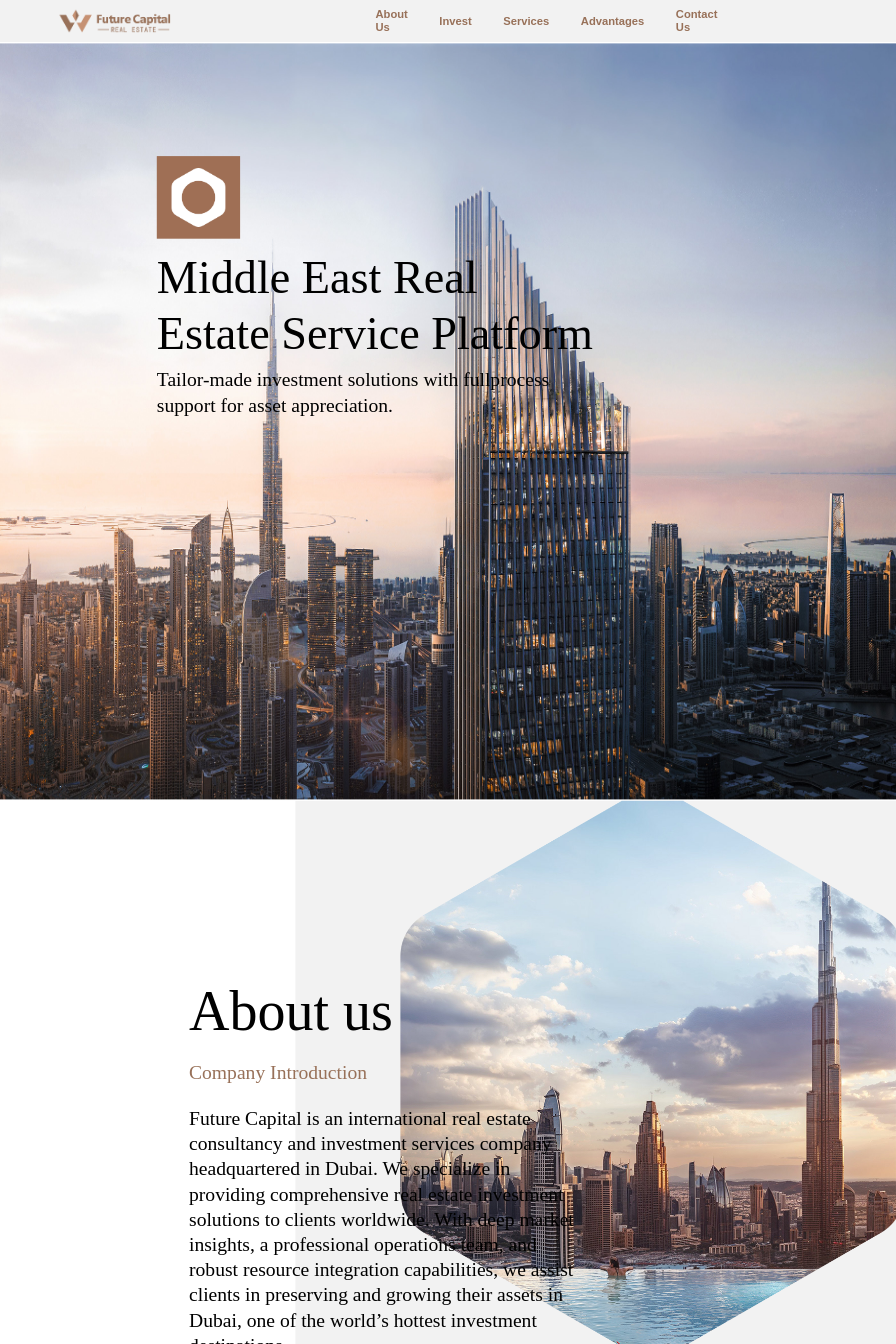
Repository: hcliu987/FutureCapital
Page: /
The author's editor kept a copy of each file at every save. The page is drawn from the files as they stood at one save, then again after the next save.
The browser window is 1280 px wide. The pictures show the part of the page from y = 0 to 1920 px (the page is 8610 px tall), at 70% of full size.
The project was rebuilt for these pictures with package versions that can differ from the ones it lists, and the page was loaded fresh each time. Also part of the build but not shown: vue.config.js.

Above is the page before, as saved 2025-01-18 13:58:54.

### src/App.vue
<template>
  <homePage />
</template>

<script setup>
import homePage from "./components/homePage.vue";
</script>

<style>
html,
body {
  margin: 0;
}
</style>

### src/components/homePage.vue
<template>
  <div class="homePage">
    <div class="nav">
      <div class="left">
        <img class="toplogo" src="@/assets/logo.png" />
      </div>
      <div class="right">
        <div><a href="#aboutUs">About Us</a></div>
        <div><a href="#invest">Invest</a></div>
        <div><a href="#services">Services</a></div>
        <div><a href="#advantages">Advantages</a></div>
        <div><a href="#contactUs">Contact Us</a></div>
      </div>
    </div>
    <div class="aboutUs" id="aboutUs">
      <img class="img_bg" src="@/assets/aboutUs_bg1.jpg" />
      <img class="logo" src="@/assets/aboutUs_logo.png" />
      <div class="title">Middle East Real</div>
      <div class="title">Estate Service Platform</div>
      <div class="subInfo m1">
        Tailor-made investment solutions with fullprocess
      </div>
      <div class="subInfo">support for asset appreciation.</div>
    </div>
    <div class="aboutUs2">
      <div class="left"></div>
      <div class="right">
        <img src="@/assets/aboutUs_bg2.png" />
      </div>
      <div class="con_txt">
        <div class="title">About us</div>
        <div class="subtitle">Company Introduction</div>
        <div class="intro">
          Future Capital is an international real estate consultancy and
          investment services company headquartered in Dubai. We specialize in
          providing comprehensive real estate investment solutions to clients
          worldwide. With deep market insights, a professional operations team,
          and robust resource integration capabilities, we assist clients in
          preserving and growing their assets in Dubai, one of the world’s
          hottest investment destinations.
        </div>
      </div>
    </div>
    <div class="aboutUs3">
      <div class="left">
        <img src="@/assets/aboutUs_bg3.png" />
      </div>
      <div class="right"></div>
      <div class="con_txt">
        <div class="title">Company Vision</div>
        <div class="line"></div>
        <div class="info">
          Whether you are looking for an ideal home or exploring high-yield
          investment opportunities, Future Capital is committed to a
          customer-first philosophy. <br /><br />
          We deliver tailored investment support through exceptional service
          quality and forward-thinking market analysis, ensuring a personalized
          experience for every client.
        </div>
      </div>
    </div>
    <div class="invest" id="invest">
      <div class="top">
        <div class="title">New Opportunities</div>
        <div class="title">for Global Asset Allocation</div>
        <div class="line"></div>
      </div>
      <div class="bottom">
        <div class="row">
          <div class="item">
            <div class="pre">0%</div>
            <div class="text">
              Tax Incentives: Zero personal income tax.Zero capital gains tax.
            </div>
          </div>
          <div class="item">
            <div class="pre">6%-8%</div>
            <div class="text">
              Leading Investment Returns:The real estate market offers an
              average annual rental yield of 6%-8%.
            </div>
          </div>
          <div class="item">
            <div class="pre">12%</div>
            <div class="text">
              High-End Residential Growth:Luxury residential projects boast an
              annual sales growth rate exceeding 12%.
            </div>
          </div>
        </div>
        <div class="row">
          <div class="item">
            <div class="pre">100%</div>
            <div class="text">
              Non-UAE investors can achieve 100% foreign ownership.
            </div>
          </div>
          <div class="item">
            <div class="pre">80%</div>
            <div class="text">
              Over 80% of the population in Dubai consists of expatriates,
              leading to steadily growing housing demand.
            </div>
          </div>
          <div class="item">
            <div class="pre">60%</div>
            <div class="text">
              Located at the intersection of Europe, Asia, and Africa, 60% of
              global markets are within an 8-hour flight radius.
            </div>
          </div>
        </div>
        <div class="btext m1">
          Dubai, as a world-leading international metropolis, serves not only as
          the economic and trade hub of
        </div>
        <div class="btext">
          the Middle East but also as a focal point for global investors.
        </div>
      </div>
    </div>
    <div class="services" id="services">
      <div class="top">
        <div class="line"></div>
        <div class="item">
          <div class="title">Our Services</div>
          <div>
            Assist the rental of of primary and secondary commercial/residential
            properties.
          </div>
          <div>
            Assist the rental of of primary and secondary commercial/residential
            properties.
          </div>
        </div>
      </div>
      <div class="imgs">
        <img class="img1" src="@/assets/services_bg1.png" />
        <img class="img2" src="@/assets/services_bg2.png" />
      </div>
    </div>
    <div class="advantages1" id="advantages">
      <img src="@/assets/advantages_bg1.jpg" />
      <div class="title">Our Advantages</div>
    </div>
    <div class="advantages2">
      <div class="top">
        <div class="item">
          <div class="title">Company Introduction</div>
          <div class="info">
            A professional real estate consultancy team offering accurate market
            analysis and expert advice.
          </div>
        </div>
        <div class="item h1">
          <div class="title">High-End Resource Integration</div>
          <div class="info">
            Collaborating with Dubai’s top developers, such as EMAAR, Nakheel,
            and DAMAC, to provide exclusive properties and premium resources.
          </div>
        </div>
        <div class="item h1">
          <div class="title">Customer First</div>
          <div class="info">
            Placing client needs at the core, delivering full process,
            comprehensive support from property selection to investment
            implementation.
          </div>
        </div>
        <div class="item">
          <div class="title">Global Perspective</div>
          <div class="info">
            Serving clients worldwide, including investors from China, the UK,
            India, Europe, and Gulf countries.
          </div>
        </div>
      </div>
      <div class="img">
        <img src="@/assets/advantages_bg2.png" />
      </div>
    </div>
    <div class="contact" id="contactUs">
      <div class="left">
        <img src="@/assets/contact_bg2.png" />
      </div>
      <div class="right">
        <img src="@/assets/contact_bg1.png" />
      </div>
      <div class="content">
        <div class="title">
          <img src="@/assets/aboutUs_logo.png" />
          <div class="text">Contact US</div>
        </div>
        <div class="info">
          Thank you for your interest and trust in us! For more information
          about our projects or to discuss any inquiries and collaboration
          opportunities, feel free to reach out to our professional team. You
          can contact us through the following channels, and we look forward to
          providing you with the best service.
        </div>
        <div class="detail">
          <div class="key">Phone</div>
          <div class="value">+971 50 350 8883</div>
        </div>
        <div class="detail">
          <div class="key">Email</div>
          <div class="value">michael@futurecapital.ae</div>
        </div>
        <div class="detail">
          <div class="key">Address</div>
          <div class="value">
            3rd Floor Westburry Tower, Al Abraj Street Business Bay, Dubai
          </div>
        </div>
        <div class="end">
          We look forward to working with you to build a better future !
        </div>
      </div>
    </div>
  </div>
</template>

<script setup>
</script>


<style scoped>
.homePage {
  max-width: 1920px;
}
.nav {
  height: 60px;
  background: #f2f2f2;
  display: flex;
  align-items: center;
  justify-content: space-between;
  padding: 0 210px 0 85px;
  margin-bottom: 2px;
}
.nav .left {
  display: flex;
  align-items: center;
}
.nav .left img {
  margin-right: 12px;
}
.nav .right {
  display: flex;
  align-items: center;
  justify-content: end;
  width: 100%;
  font-family: 'Outfit Bold', sans-serif;
}
.nav .right div {
  margin-right: 45px;
  color: #987159;
  cursor: pointer;
  font-size: 16px;
  font-weight: bold;
}
.nav .right a {
  color: #987159;
  text-decoration: none;
}
.aboutUs {
  width: 100%;
  position: relative;
  min-height: 1080px;
  margin-bottom: 2px;
}
.aboutUs .img_bg {
  max-width: 100%;
  position: absolute;
  min-height: 1080px;
}
.aboutUs .logo {
  width: 118.5px;
  height: 118.5px;
  margin: 160.5px 0 12px 224px;
  position: relative;
  z-index: 1;
}
.nav .left .toplogo{
  width: 35%;
  height: 10%;
}
.aboutUs .title {
  margin-left: 224px;
  font-size: 66px;
  font-weight: 400;
  color: #000;
  line-height: 80px;
  position: relative;
  z-index: 1;
  font-family: ;
}
.aboutUs .subInfo {
  margin-left: 224px;
  font-size: 28px;
  line-height: 36px;
  position: relative;
  z-index: 1;
}
.aboutUs .m1 {
  margin-top: 8px;
}
.aboutUs2 {
  display: flex;
  width: 100%;
  min-height: 1080px;
  position: relative;
  margin-bottom: 2px;
}
.aboutUs2 .left {
  width: 33%;
  background: #fff;
}
.aboutUs2 .right {
  width: 67%;
  background: #f2f2f2;
  text-align: right;
}
.aboutUs2 .right img {
  max-width: 82.5%;
}
.aboutUs2 .con_txt {
  position: absolute;
  top: 260px;
  left: 270px;
  width: 573px;
}
.aboutUs2 .title {
  font-size: 80px;
  line-height: 80px;
  color: #000;
}
.aboutUs2 .subtitle {
  font-size: 28px;
  color: #987159;
  line-height: 36px;
  margin: 30px 0;
}
.aboutUs2 .intro {
  font-size: 28px;
  line-height: 36px;
}
.aboutUs3 .left {
  width: 55.7%;
}
.aboutUs3 {
  display: flex;
  width: 100%;
  position: relative;
  margin-bottom: 2px;
}
.aboutUs3 .right {
  width: 44.3%;
  background: #f2f2f2;
}
.aboutUs3 .con_txt {
  width: 851px;
  height: 678px;
  background: #fff;
  position: absolute;
  top: 110px;
  right: 110px;
  padding: 182px 0 0 132px;
}
.aboutUs3 .con_txt .title {
  font-size: 28px;
  color: #987159;
  line-height: 36px;
  margin-bottom: 66px;
}
.aboutUs3 .con_txt .line {
  height: 1px;
  width: 145px;
  margin-bottom: 38px;
  background: #987159;
}
.aboutUs3 .con_txt .info {
  width: 533px;
  font-size: 28px;
  line-height: 36px;
}
.invest .top {
  height: 360px;
  background: #fff;
  text-align: center;
  display: flex;
  align-items: center;
  flex-direction: column;
  justify-content: center;
}
.invest .top .title {
  font-size: 80px;
  color: #000;
  line-height: 80px;
}
.invest .top .line {
  height: 1px;
  background: #987159;
  width: 773px;
  margin-top: 32px;
}
.invest .bottom {
  height: 600px;
  background: #f2f2f2;
  padding: 90px 200px 30px 328px;
}
.invest .bottom .row {
  display: flex;
  justify-content: space-between;
}
.invest .bottom .row .item {
  height: 215px;
  width: 314px;
  margin-bottom: 40px;
}
.invest .bottom .row .pre {
  font-size: 80px;
  line-height: 80px;
  color: #987159;
  margin-bottom: 7.5px;
}
.invest .bottom .row .text {
  font-size: 20px;
  line-height: 25.2px;
  color: #000;
}
.invest .bottom .btext {
  width: 100%;
  text-align: center;
  font-size: 28px;
  line-height: 36px;
}
.invest .bottom .m1 {
  margin-top: 10px;
}
.services {
  min-height: 1080px;
  background: #fff;
  margin: 2px 0;
}
.services .top {
  height: 232px;
  padding: 150px 120px 150px 150px;
}
.services .top .line {
  width: 466px;
  height: 1px;
  background: #987159;
  margin-bottom: 65px;
}
.services .top .item {
  display: flex;
  align-items: center;
  justify-content: space-between;
  height: 106px;
}
.services .top .item div {
  max-width: 460px;
  font-size: 28px;
  line-height: 36px;
}
.services .top .item .title {
  max-width: 550px;
  font-size: 80px;
}
.services .imgs {
  display: flex;
  width: 100%;
}
.services .imgs .img1 {
  width: 67%;
}
.services .imgs .img2 {
  width: 33%;
}
.advantages1 {
  min-height: 1080px;
  margin-bottom: 2px;
  position: relative;
  display: flex;
  align-items: center;
  justify-content: center;
}
.advantages1 .title {
  font-size: 80px;
  position: relative;
  color: #fff;
  z-index: 1;
}
.advantages1 img {
  min-height: 1080px;
  width: 100%;
  position: absolute;
}
.advantages2 {
  min-height: 1080px;
  background: #fff;
  margin-bottom: 2px;
}
.advantages2 .img {
  height: 488px;
}
.advantages2 .top {
  height: 529px;
  padding: 63px 142px 0 172px;
  display: flex;
  justify-content: space-between;
}
.advantages2 .top .item {
  width: 332px;
}
.advantages2 .top .h1 {
  width: 345px;
}
.advantages2 .top .title {
  color: #987159;
  height: 180px;
  font-size: 28px;
  display: flex;
  align-items: flex-end;
  margin-bottom: 40px;
  font-weight: 700;
}
.advantages2 .top .info {
  font-size: 28px;
}
.advantages2 .img img {
  width: 100%;
  height: 100%;
}
.contact {
  display: flex;
  position: relative;
}
.contact .left {
  background: #f2f2f2;
  width: 50%;
  display: flex;
  align-items: center;
}
.contact .left img {
  max-width: 22%;
  position: relative;
  z-index: 1;
}
.contact .right {
  width: 50%;
  background: #987159;
  display: flex;
  align-items: center;
  justify-content: end;
}
.contact .right img {
  max-width: 60%;
}
.contact .content {
  width: 870px;
  height: 613px;
  position: absolute;
  top: 108px;
  left: 194px;
  background: #fff;
  padding: 129px 65px 120px 100px;
}
.contact .content .title {
  display: flex;
  align-items: flex-end;
  margin-bottom: 80px;
}
.contact .content img {
  width: 118px;
  height: 118px;
}
.contact .content .title .text {
  font-size: 80px;
  line-height: 80px;
  margin-left: 93px;
}
.contact .content .info {
  font-size: 28px;
  line-height: 36px;
  margin-bottom: 30px;
}
.contact .content .detail {
  display: flex;
  margin-bottom: 16px;
}
.contact .content .key,
.contact .content .value {
  min-width: 119px;
  font-size: 22px;
  color: #987159;
  line-height: 30px;
}
.contact .content .value {
  color: #000;
}
.contact .content .end {
  font-size: 28px;
  line-height: 36px;
  text-align: center;
  margin-top: 50px;
}
</style>

Loaded but not shown: public/index.html (common file); src/main.js (common file)

After the next save:
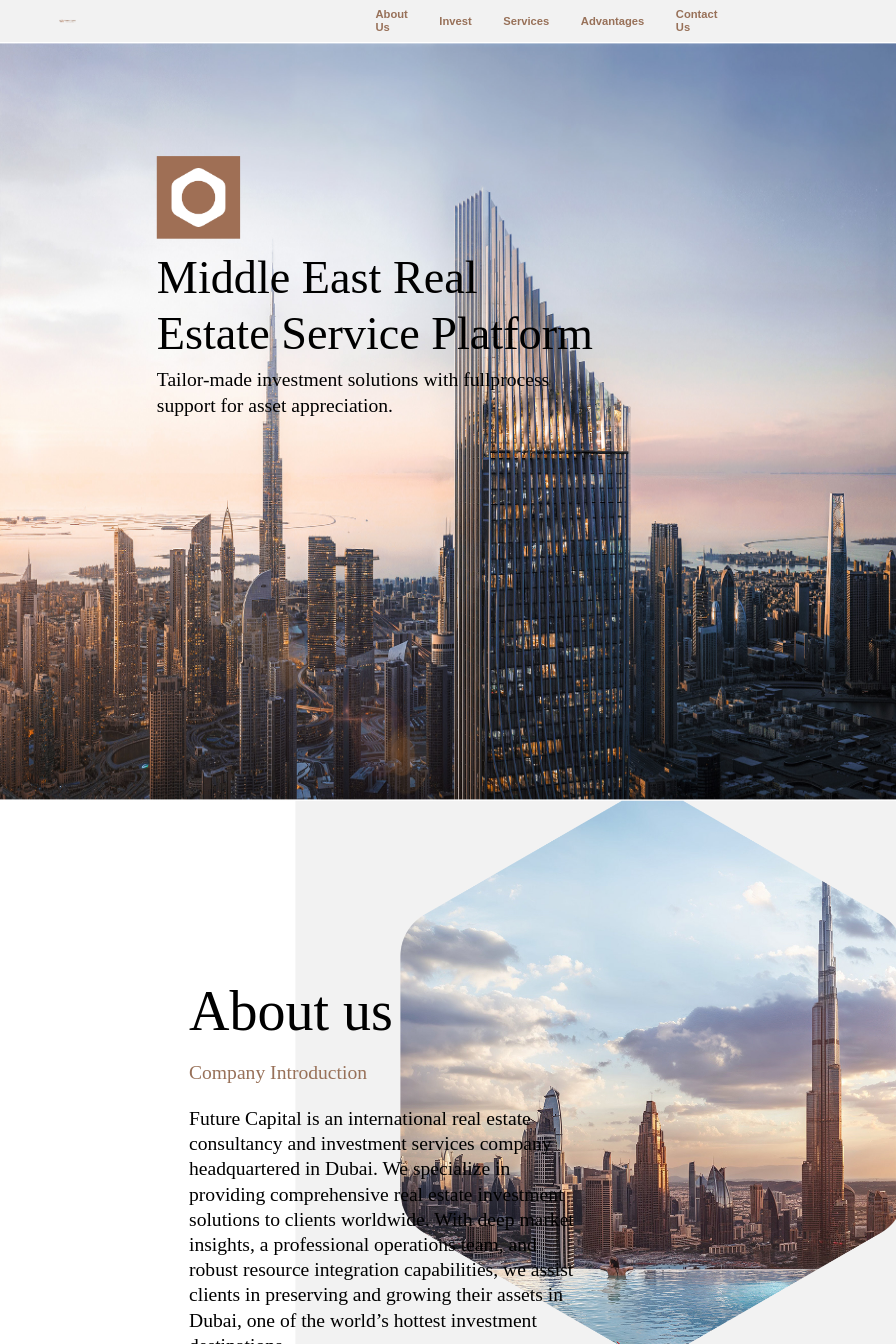
Saved 26 s later.
--- a/src/components/homePage.vue
+++ b/src/components/homePage.vue
@@ -281,7 +281,7 @@
   z-index: 1;
 }
 .nav .left .toplogo{
-  width: 35%;
+  width: 5%;
   height: 10%;
 }
 .aboutUs .title {

After the save that followed:
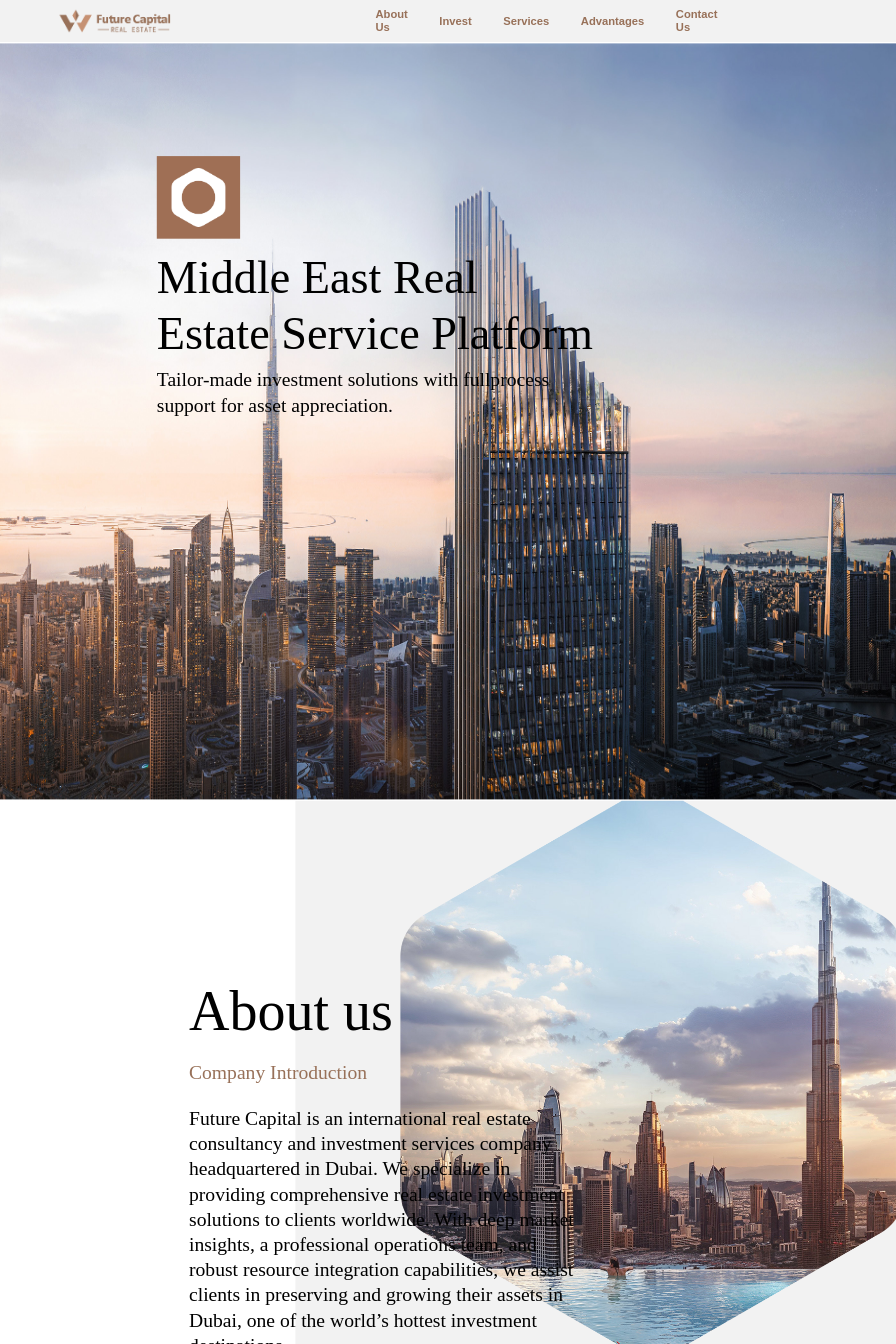
Saved 7 s later.
--- a/src/components/homePage.vue
+++ b/src/components/homePage.vue
@@ -281,7 +281,7 @@
   z-index: 1;
 }
 .nav .left .toplogo{
-  width: 5%;
+  width: 35%;
   height: 10%;
 }
 .aboutUs .title {
